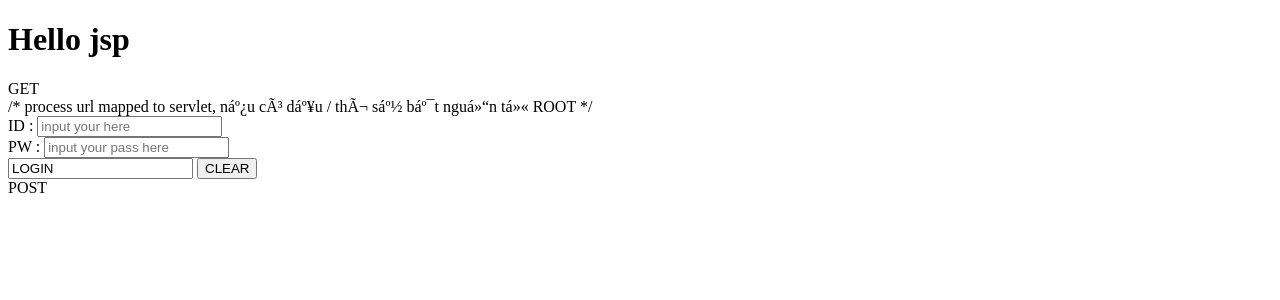
Repository: Vipper105/Restaurant_project
Page: webShop/WebContent/index.html
The author's editor kept a copy of each file at every save. The page is drawn from the files as they stood at one save, then again after the next save.
The browser window is 1280 px wide. The pictures show the whole page.

Above is the page before, as saved 2020-08-10 09:28:00.

After the next save:
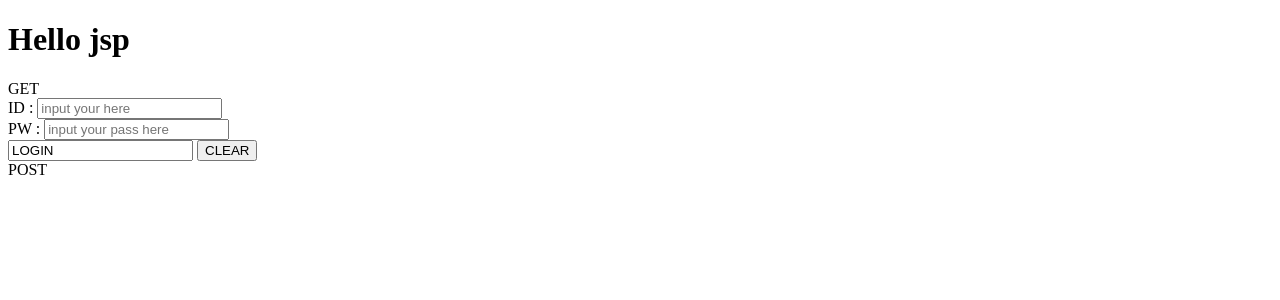
Saved 36 s later.
--- a/webShop/WebContent/index.html
+++ b/webShop/WebContent/index.html
@@ -10,7 +10,7 @@
 
 <div>
 	GET <br/>
-	/* process url mapped to servlet, nếu có dấu / thì sẽ bắt nguồn từ ROOT */
+	<!--   process url mapped to servlet, nếu có dấu / thì sẽ bắt nguồn từ ROOT -->
 	<form method="get" action="/login">
 		ID : <input type="text" name="uname" placeholder="input your here">
 		<br/>
